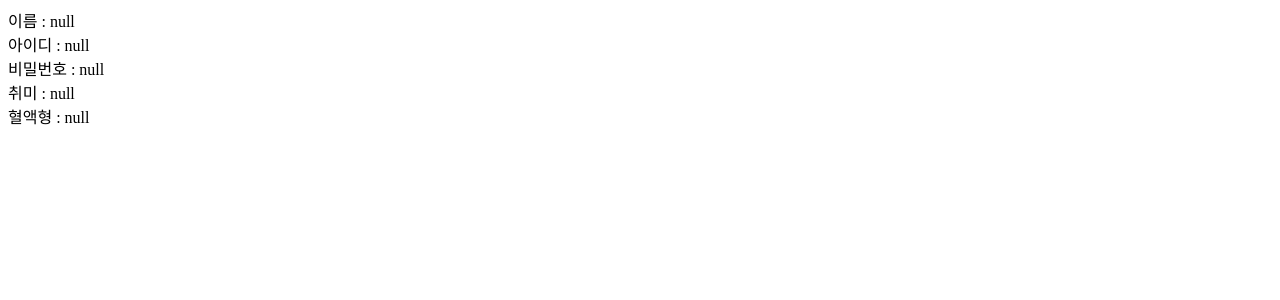
Repository: HeeMang28/jsp
Page: http://localhost/JSPBasic/jspobject/request/req_user.jsp
These files come from the project's save history. The page is drawn as it stood at one moment and after the next save; the edit follows.
The browser window is 1280 px wide. The pictures show the whole page.
The page is served by Tomcat 9.

Above is the page before, as saved 2022-03-25 11:07:18.

After the next save:
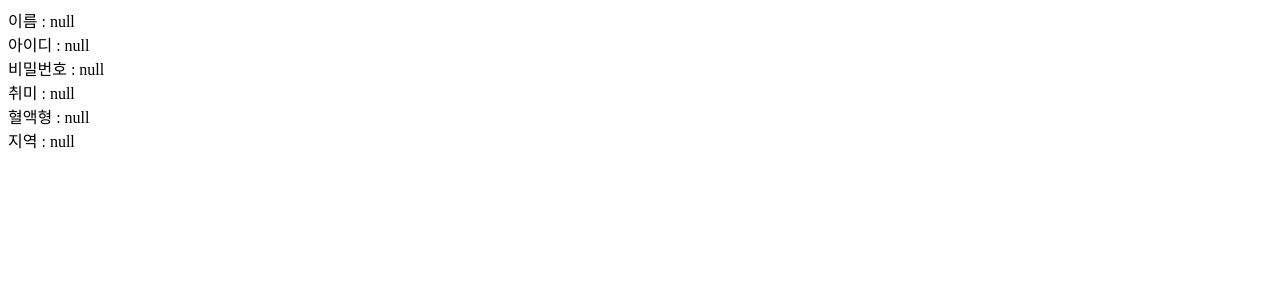
Saved 11 min 27 s later.
--- a/JSPBasic/src/main/webapp/jspobject/request/req_user.jsp
+++ b/JSPBasic/src/main/webapp/jspobject/request/req_user.jsp
@@ -16,11 +16,13 @@
 
 	String[] hobby = request.getParameterValues("hobby");
 	String blood = request.getParameter("blood");
+	String region = request.getParameter("region");
 %>
 	이름 : <%= uname %><br/>
 	아이디 : <%= uid %><br/>
 	비밀번호 : <%= upw %><br/>
 	취미 : <%= Arrays.toString(hobby) %><br/> <%-- 배열의 경우 Arrays.toString(출력배열)로 나열할수 있다. --%>
 	혈액형 : <%= blood %><br/>
+	지역 : <%= region %>
 </body>
 </html>
